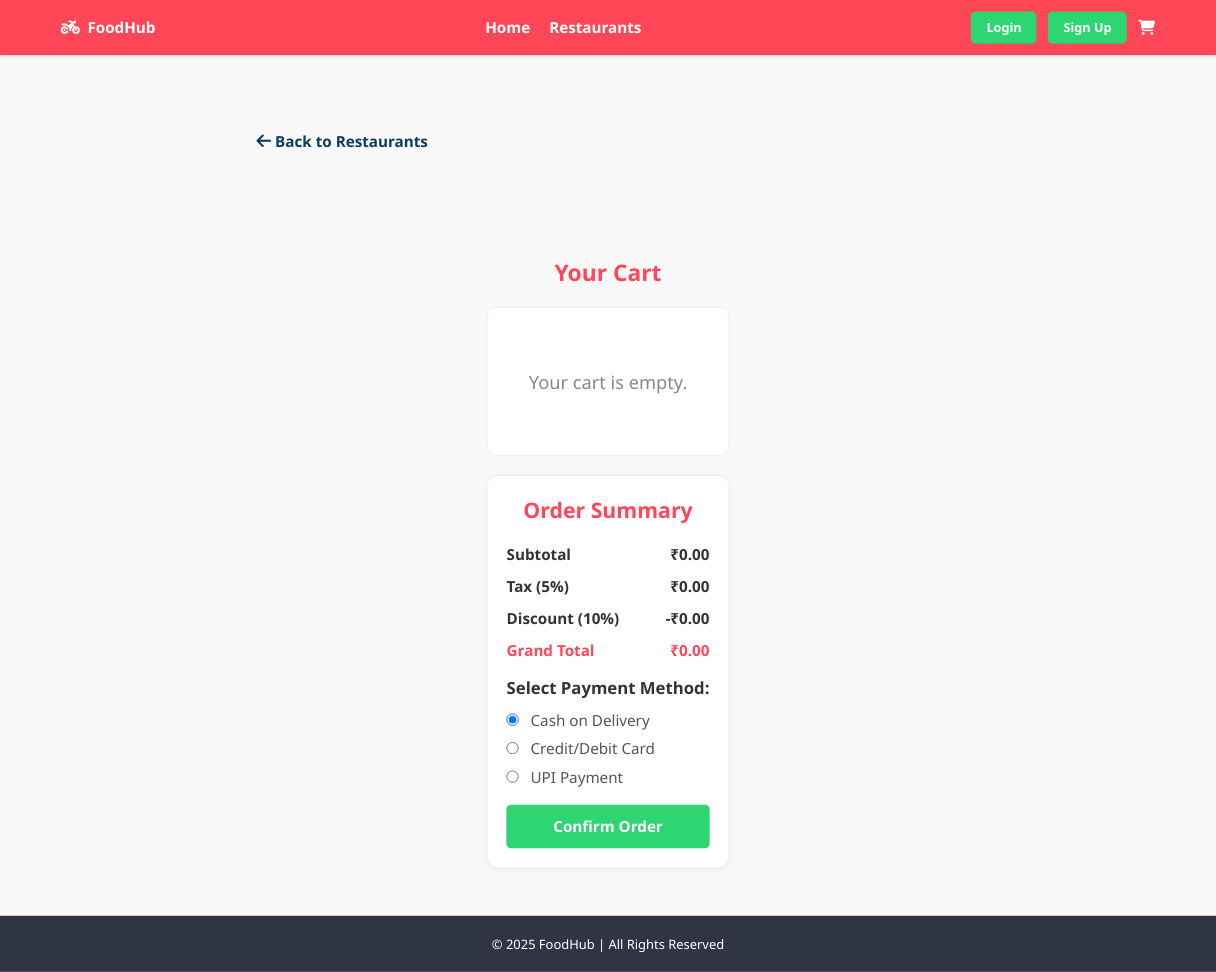
Repository: srinithiashoka/FoodDeliveryApp
Page: http://localhost/FoodDeliveryApp/cart.jsp
An editor plug-in stored every save of this project. The page is shown before and after the next save, followed by the edit.
The browser window is 1280 px wide. The pictures show the whole page, at 95% of full size.
The page is served by Tomcat 10. Queries for data that is not in the repository find no rows.

Above is the page before, as saved 2025-12-03 16:43:03.

After the next save:
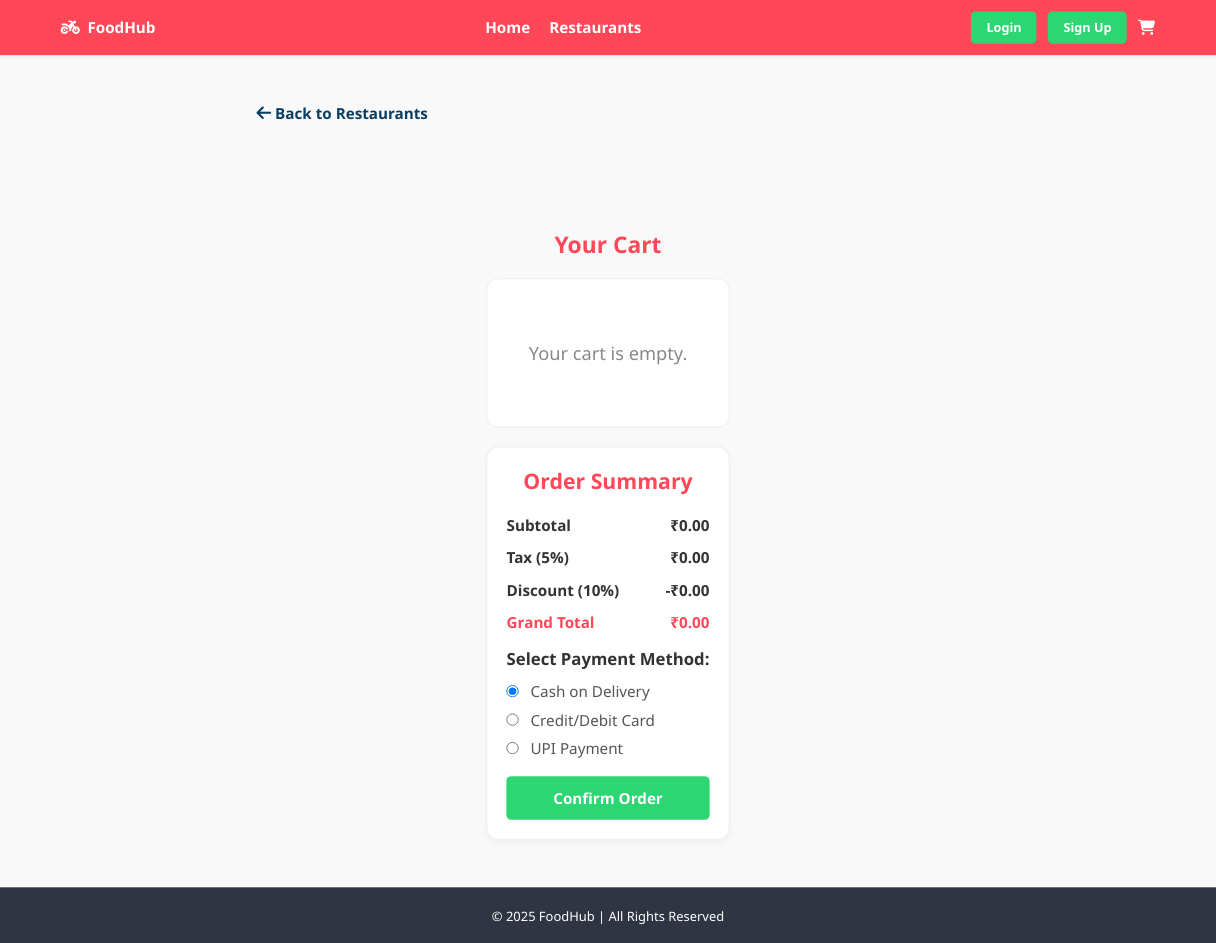
Saved 14 s later.
--- a/FoodDeliveryApp/src/main/webapp/css/cart.css
+++ b/FoodDeliveryApp/src/main/webapp/css/cart.css
@@ -127,7 +127,7 @@ header {
     gap: 15px;
        margin-bottom: 40px;
      color: #0a3d62;
-     margin-top:70px;
+     margin-top:40px;
     font-size: 1rem;
     font-weight: 600;
     margin-left: 250px;
